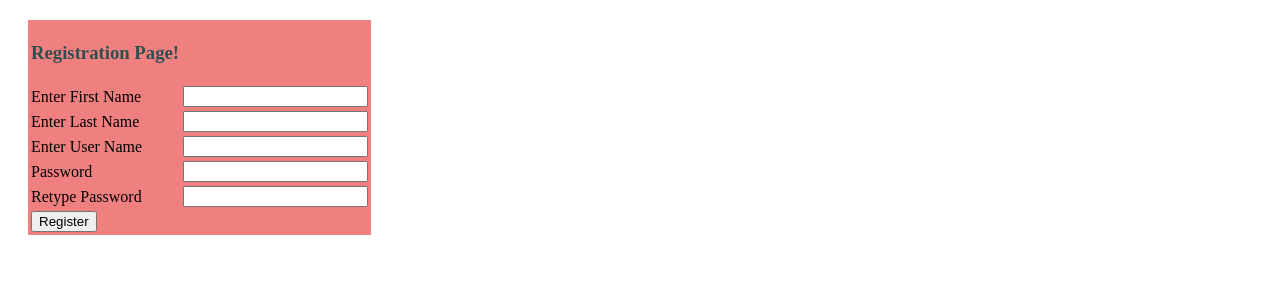
Repository: Pramila0526/LoginRegistrationUsingFilters
Page: http://localhost/LoginAndRegistration/register.jsp
An editor plug-in stored every save of this project. The page is shown before and after the next save, followed by the edit.
The browser window is 1280 px wide. The pictures show the whole page.
The page is served by Tomcat 9.

Above is the page before, as saved 2019-12-27 05:00:07.

After the next save:
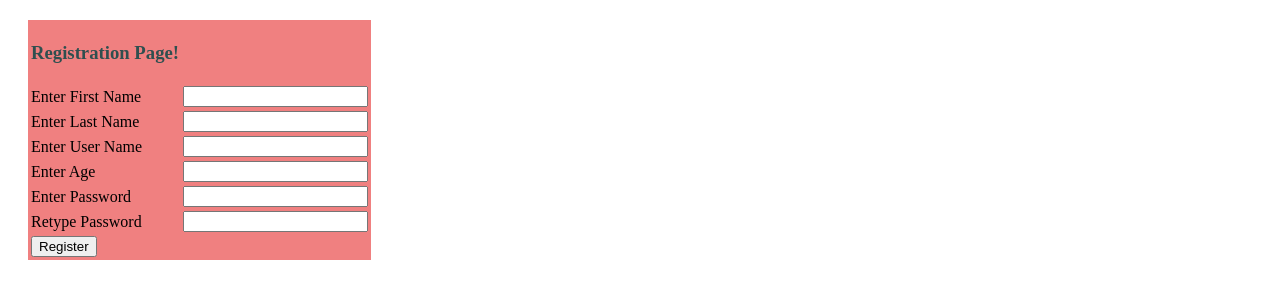
Saved 30 s later.
--- a/LoginAndRegistration/WebContent/register.jsp
+++ b/LoginAndRegistration/WebContent/register.jsp
@@ -28,9 +28,13 @@
 				<td>Enter User Name</td>
 				<td><input type="text" name="username"></td>
 			</tr>
+			<tr>
+				<td>Enter Age</td>
+				<td><input type="text" name="age"></td>
+			</tr>
 
 			<tr>
-				<td>Password</td>
+				<td>Enter Password</td>
 				<td><input type="password" name="password"></td>
 			</tr>
 			<tr>
